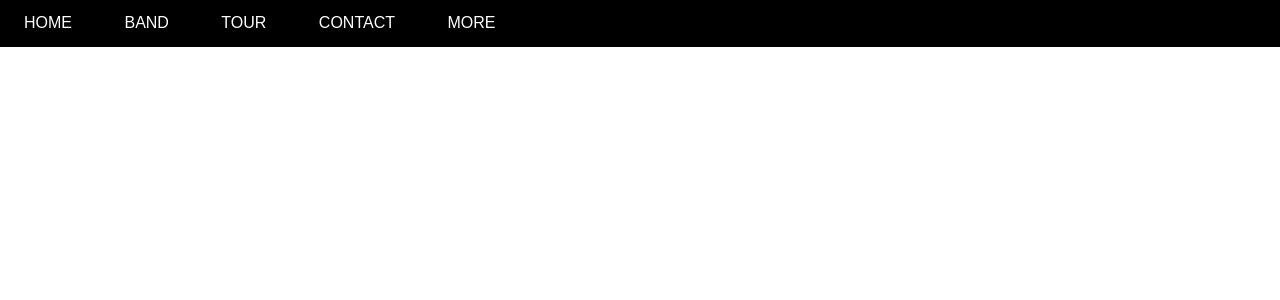
Repository: ngotranphuongbao/theband
Page: index.html
These files come from the project's save history. The page is drawn as it stood at one moment and after the next save; the edit follows.
The browser window is 1280 px wide. The pictures show the whole page.
The pointer rests on the first visible `#nav > li`.
Some web libraries are served in a nearby version.

Above is the page before, as saved 2022-12-21 07:10:45.

### index.html
<!DOCTYPE html>
<html lang="en">
<head>
    <meta charset="UTF-8">
    <meta http-equiv="X-UA-Compatible" content="IE=edge">
    <meta name="viewport" content="width=device-width, initial-scale=1.0">
    <title>Document</title>
    <link rel="stylesheet" href="./assets/css/style.css">
    <script src="https://kit.fontawesome.com/55a0c61423.js" crossorigin="anonymous"></script>
</head>
<body>
    <div id="main">
        <div id="header">
            <ul id="nav">
                <li><a href="">Home</a></li>
                <li><a href="">Band</a></li>
                <li><a href="">Tour</a></li>
                <li><a href="">Contact</a></li>
                <li><a href="">More</a></li>
            </ul>
        </div>

        <div id="slider">

        </div>

        <div id="content">

        </div>

        <div id="footer">

        </div>
    </div>

</body>
</html>

### assets/css/style.css
* {
    padding: 0px;
    margin: 0px;
    box-sizing: border-box;
}

html {
    font-family: Arial, Helvetica, sans-serif;
}

#main {

}

#header {
    height: 46.5px;
    background-color: black;


}

#nav > li {
    display: inline-block;
    padding: 12px 24px;
}

#nav > li > a {
    line-height: 22.5px;
    text-decoration: none;
    text-transform: uppercase;
    color: white;
}

#slider {

}

#content {

}

#footer {

}

After the next save:
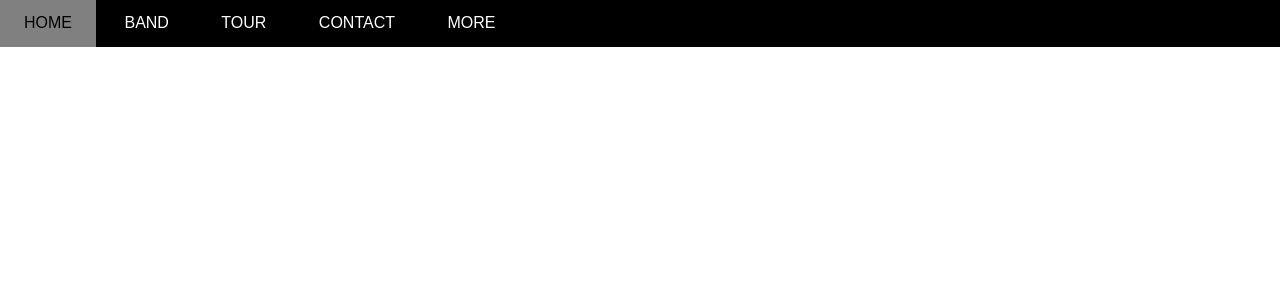
Saved 74 s later.
--- a/assets/css/style.css
+++ b/assets/css/style.css
@@ -31,6 +31,14 @@ html {
     color: white;
 }
 
+#nav > li:hover {
+    background-color: grey;
+}
+
+#nav > li:hover > a {
+    color: black;
+}
+
 #slider {
 
 }
